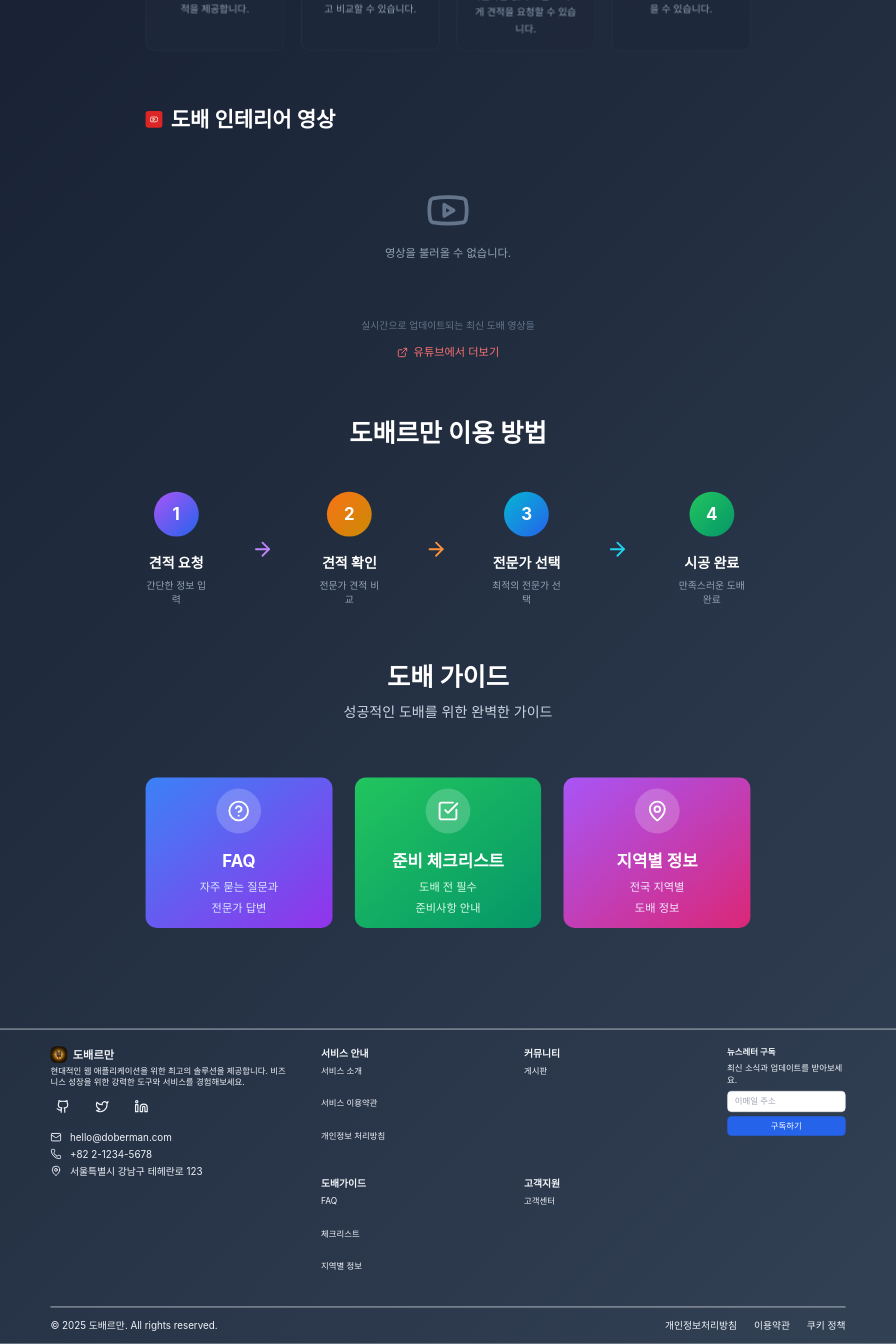
Repository: rambozzang/doberman_nextjs
Page: /
The author's editor kept a copy of each file at every save. The page is drawn from the files as they stood at one save, then again after the next save.
The browser window is 1280 px wide. The pictures show the part of the page from y = 1531 to 3451 px (the page is 3451 px tall before and 3443 px after), at 70% of full size.
The page's requests for data from a server got no answer. The project was rebuilt for these pictures with package versions that can differ from the ones it lists, and the page was loaded fresh each time. The framework's server and built-in components were replaced by stand-ins that run in the browser. No one was signed in, and anything a server would have sent is missing. Also part of the build but not shown: next.config.mjs, next.config.ts, src/components/AutoLogoutWarning.tsx, src/components/ForgotPasswordModal.tsx, src/components/LoginModal.tsx, src/components/RegisterModal.tsx.

Above is the page before, as saved 2025-06-28 01:27:00.

### src/components/Footer.tsx
"use client";

import React, { useState } from "react";
import Link from "next/link";
import { motion, AnimatePresence } from "framer-motion";
import { Github, Twitter, Linkedin, Mail, Phone, MapPin, ChevronDown } from "lucide-react";

import Image from "next/image";

interface FooterLink {
  title: string;
  href: string;
}

interface FooterSection {
  title: string;
  links: FooterLink[];
}

interface SocialLink {
  name: string;
  href: string;
  icon: React.ReactNode;
}

interface FooterProps {
  logo?: string;
  description?: string;
  sections?: FooterSection[];
  socialLinks?: SocialLink[];
  contactInfo?: {
    email?: string;
    phone?: string;
    address?: string;
  };
  showNewsletter?: boolean;
}

const defaultSections: FooterSection[] = [
  {
    title: "서비스 안내",
    links: [
      { title: "서비스 소개", href: "/service-intro" },
      { title: "서비스 이용약관", href: "/terms-of-service" },
      { title: "개인정보 처리방침", href: "/privacy-policy" },
    ],
  },
  {
    title: "커뮤니티",
    links: [{ title: "게시판", href: "/board" }],
  },
  {
    title: "도배가이드",
    links: [
      { title: "FAQ", href: "/faq" },
      { title: "체크리스트", href: "/checklist" },
      { title: "지역별 정보", href: "/regional-guide" },
    ],
  },
  {
    title: "고객지원",
    links: [{ title: "고객센터", href: "/customer-support" }],
  },
];

const defaultSocialLinks: SocialLink[] = [
  {
    name: "GitHub",
    href: "https://github.com",
    icon: <Github className="w-5 h-5" />,
  },
  {
    name: "Twitter",
    href: "https://twitter.com",
    icon: <Twitter className="w-5 h-5" />,
  },
  {
    name: "LinkedIn",
    href: "https://linkedin.com",
    icon: <Linkedin className="w-5 h-5" />,
  },
];

const Footer: React.FC<FooterProps> = ({
  logo = "도배르만",
  description = "현대적인 웹 애플리케이션을 위한 최고의 솔루션을 제공합니다. 비즈니스 성장을 위한 강력한 도구와 서비스를 경험해보세요.",
  sections = defaultSections,
  socialLinks = defaultSocialLinks,
  contactInfo = {
    email: "hello@doberman.com",
    phone: "+82 2-1234-5678",
    address: "서울특별시 강남구 테헤란로 123",
  },
  showNewsletter = true,
}) => {
  // 모바일 아코디언 상태 관리
  const [expandedSections, setExpandedSections] = useState<Record<string, boolean>>({});

  // 아코디언 토글 함수
  const toggleSection = (sectionTitle: string) => {
    setExpandedSections(prev => ({
      ...prev,
      [sectionTitle]: !prev[sectionTitle]
    }));
  };

  const handleNewsletterSubmit = (e: React.FormEvent) => {
    e.preventDefault();
    // 뉴스레터 구독 로직
    console.log("뉴스레터 구독");
  };

  return (
    <footer className="bg-background border-t border-border">
      <div className="container mx-auto px-4 sm:px-6 lg:px-8">
        {/* Main Footer Content */}
        <div className="py-4 sm:py-6 lg:py-6">
          <div className="grid grid-cols-1 md:grid-cols-2 lg:grid-cols-12 gap-3 sm:gap-4 lg:gap-6">
            {/* Company Info */}
            <div className="md:col-span-2 lg:col-span-4 space-y-2 sm:space-y-3 lg:space-y-2">
              <motion.div
                initial={{ opacity: 0, y: 20 }}
                whileInView={{ opacity: 1, y: 0 }}
                transition={{ duration: 0.5 }}
                viewport={{ once: true }}
              >
                <Link href="/" className="flex items-center space-x-2 mb-1 sm:mb-2 lg:mb-1">
                  <Image src="/logo.png" alt="logo" width={20} height={20} className="sm:w-6 sm:h-6 lg:w-6 lg:h-6" />
                  <span className="text-sm sm:text-base lg:text-base font-bold text-foreground">{logo}</span>
                </Link>
                <p className="text-muted-foreground text-xs sm:text-sm lg:text-xs leading-snug pr-4 line-clamp-2">
                  {description}
                </p>
              </motion.div>

              {/* Social Links */}
              <motion.div
                initial={{ opacity: 0, y: 20 }}
                whileInView={{ opacity: 1, y: 0 }}
                transition={{ duration: 0.5, delay: 0.1 }}
                viewport={{ once: true }}
                className="flex space-x-2 sm:space-x-3 lg:space-x-3"
              >
                {socialLinks.map((social) => (
                  <motion.a
                    key={social.name}
                    href={social.href}
                    target="_blank"
                    rel="noopener noreferrer"
                    whileHover={{ scale: 1.1 }}
                    whileTap={{ scale: 0.95 }}
                    className="p-1.5 sm:p-2 lg:p-2 rounded-lg bg-accent/50 text-muted-foreground hover:text-foreground hover:bg-accent transition-colors touch-target"
                    aria-label={social.name}
                  >
                    <div className="w-4 h-4 sm:w-4 sm:h-4 lg:w-4 lg:h-4">
                      {social.icon}
                    </div>
                  </motion.a>
                ))}
              </motion.div>

              {/* Contact Info */}
              {contactInfo && (
                <motion.div
                  initial={{ opacity: 0, y: 20 }}
                  whileInView={{ opacity: 1, y: 0 }}
                  transition={{ duration: 0.5, delay: 0.2 }}
                  viewport={{ once: true }}
                  className="space-y-1 sm:space-y-1.5 lg:space-y-1"
                >
                  {contactInfo.email && (
                    <div className="flex items-center space-x-2 sm:space-x-3 text-xs sm:text-sm text-muted-foreground">
                      <Mail className="w-3 h-3 sm:w-4 sm:h-4 flex-shrink-0" />
                      <span className="break-all">{contactInfo.email}</span>
                    </div>
                  )}
                  {contactInfo.phone && (
                    <div className="flex items-center space-x-2 sm:space-x-3 text-xs sm:text-sm text-muted-foreground">
                      <Phone className="w-3 h-3 sm:w-4 sm:h-4 flex-shrink-0" />
                      <span>{contactInfo.phone}</span>
                    </div>
                  )}
                  {contactInfo.address && (
                    <div className="flex items-start space-x-2 sm:space-x-3 text-xs sm:text-sm text-muted-foreground">
                      <MapPin className="w-3 h-3 sm:w-4 sm:h-4 flex-shrink-0 mt-0.5" />
                      <span className="leading-relaxed">{contactInfo.address}</span>
                    </div>
                  )}
                </motion.div>
              )}
            </div>

            {/* Footer Links */}
            <div className="md:col-span-2 lg:col-span-6">
              {/* 데스크톱 버전 - 기존 그리드 */}
              <div className="hidden md:grid grid-cols-2 gap-3 sm:gap-4 lg:gap-6">
                {sections.map((section, index) => (
                  <motion.div
                    key={section.title}
                    initial={{ opacity: 0, y: 20 }}
                    whileInView={{ opacity: 1, y: 0 }}
                    transition={{ duration: 0.5, delay: index * 0.1 }}
                    viewport={{ once: true }}
                    className="space-y-1.5 sm:space-y-2 lg:space-y-1.5"
                  >
                    <h3 className="text-xs sm:text-sm lg:text-sm font-semibold text-foreground">
                      {section.title}
                    </h3>
                    <ul className="space-y-0.5 sm:space-y-1 lg:space-y-0.5">
                      {section.links.map((link) => (
                        <li key={link.title}>
                          <Link
                            href={link.href}
                            className="text-xs sm:text-sm lg:text-xs text-muted-foreground hover:text-foreground transition-colors block py-0.5 lg:py-0.5 touch-target"
                          >
                            {link.title}
                          </Link>
                        </li>
                      ))}
                    </ul>
                  </motion.div>
                ))}
              </div>

              {/* 모바일 버전 - 아코디언 */}
              <div className="md:hidden space-y-2">
                {sections.map((section, index) => (
                  <motion.div
                    key={section.title}
                    initial={{ opacity: 0, y: 20 }}
                    whileInView={{ opacity: 1, y: 0 }}
                    transition={{ duration: 0.5, delay: index * 0.1 }}
                    viewport={{ once: true }}
                    className="border border-slate-700/30 rounded-lg bg-slate-800/20 overflow-hidden"
                  >
                    {/* 아코디언 헤더 */}
                    <button
                      onClick={() => toggleSection(section.title)}
                      className="w-full flex items-center justify-between p-4 text-left hover:bg-slate-700/20 transition-colors touch-target"
                    >
                      <h3 className="text-sm font-semibold text-foreground">
                        {section.title}
                      </h3>
                      <motion.div
                        animate={{ rotate: expandedSections[section.title] ? 180 : 0 }}
                        transition={{ duration: 0.2 }}
                      >
                        <ChevronDown className="w-4 h-4 text-muted-foreground" />
                      </motion.div>
                    </button>

                    {/* 아코디언 컨텐츠 */}
                    <AnimatePresence>
                      {expandedSections[section.title] && (
                        <motion.div
                          initial={{ height: 0, opacity: 0 }}
                          animate={{ height: "auto", opacity: 1 }}
                          exit={{ height: 0, opacity: 0 }}
                          transition={{ duration: 0.3, ease: "easeInOut" }}
                          className="overflow-hidden"
                        >
                          <div className="px-4 pb-4 border-t border-slate-700/30">
                            <ul className="space-y-2 pt-3">
                              {section.links.map((link) => (
                                <motion.li
                                  key={link.title}
                                  initial={{ opacity: 0, x: -10 }}
                                  animate={{ opacity: 1, x: 0 }}
                                  transition={{ duration: 0.2 }}
                                >
                                  <Link
                                    href={link.href}
                                    className="text-sm text-muted-foreground hover:text-foreground transition-colors block py-2 px-2 rounded hover:bg-slate-700/20 touch-target"
                                  >
                                    {link.title}
                                  </Link>
                                </motion.li>
                              ))}
                            </ul>
                          </div>
                        </motion.div>
                      )}
                    </AnimatePresence>
                  </motion.div>
                ))}
              </div>
            </div>

            {/* Newsletter */}
            {showNewsletter && (
              <div className="md:col-span-2 lg:col-span-2">
                <motion.div
                  initial={{ opacity: 0, y: 20 }}
                  whileInView={{ opacity: 1, y: 0 }}
                  transition={{ duration: 0.5, delay: 0.3 }}
                  viewport={{ once: true }}
                  className="space-y-2 lg:space-y-2"
                >
                  <h3 className="text-xs sm:text-sm lg:text-xs font-semibold text-foreground">
                    뉴스레터 구독
                  </h3>
                  <p className="text-xs sm:text-sm lg:text-xs text-muted-foreground">
                    최신 소식과 업데이트를 받아보세요.
                  </p>
                  <form onSubmit={handleNewsletterSubmit} className="space-y-1.5 lg:space-y-1.5">
                    <input
                      type="email"
                      placeholder="이메일 주소"
                      className="w-full px-2 py-1 lg:px-2.5 lg:py-1.5 text-xs lg:text-xs bg-background border border-border rounded-md focus:outline-none focus:ring-2 focus:ring-primary focus:border-transparent"
                      required
                    />
                    <button
                      type="submit"
                      className="w-full px-2 py-1 lg:px-2.5 lg:py-1.5 text-xs lg:text-xs bg-blue-600 text-white rounded-md hover:bg-blue-700 transition-colors"
                    >
                      구독하기
                    </button>
                  </form>
                </motion.div>
              </div>
            )}
          </div>
        </div>

        {/* Bottom Bar */}
        <motion.div
          initial={{ opacity: 0 }}
          whileInView={{ opacity: 1 }}
          transition={{ duration: 0.5, delay: 0.4 }}
          viewport={{ once: true }}
          className="py-4 lg:py-4 border-t border-border"
        >
          <div className="flex flex-col md:flex-row justify-between items-center space-y-2 md:space-y-0">
            <div className="text-xs sm:text-sm lg:text-sm text-muted-foreground">
              © {new Date().getFullYear()} {logo}. All rights reserved.
            </div>
            <div className="flex space-x-4 lg:space-x-6">
              <Link
                href="/privacy"
                className="text-xs sm:text-sm lg:text-sm text-muted-foreground hover:text-foreground transition-colors"
              >
                개인정보처리방침
              </Link>
              <Link
                href="/terms"
                className="text-xs sm:text-sm lg:text-sm text-muted-foreground hover:text-foreground transition-colors"
              >
                이용약관
              </Link>
              <Link
                href="/cookies"
                className="text-xs sm:text-sm lg:text-sm text-muted-foreground hover:text-foreground transition-colors"
              >
                쿠키 정책
              </Link>
            </div>
          </div>
        </motion.div>
      </div>
    </footer>
  );
};

export default Footer;

Loaded but not shown: tailwind.config.js (145 lines, source omitted); src/app/page.tsx (898 lines, source omitted); src/components/Header.tsx (549 lines, source omitted); src/app/globals.css (891 lines, source omitted); src/lib/api.ts (171 lines, source omitted); src/services/authService.ts (116 lines, source omitted); src/hooks/useAutoLogout.ts (132 lines, source omitted); src/lib/auth.ts (101 lines, source omitted); src/hooks/useAuth.ts (100 lines, source omitted); src/store/useStore.ts (38 lines, source omitted); src/components/AdSense.tsx (41 lines, source omitted); src/providers/GlobalProvider.tsx (31 lines, source omitted); src/providers/QueryProvider.tsx (25 lines, source omitted); src/services/youtubeService.ts (9 lines, source omitted); src/app/layout.tsx (264 lines, source omitted)

After the next save:
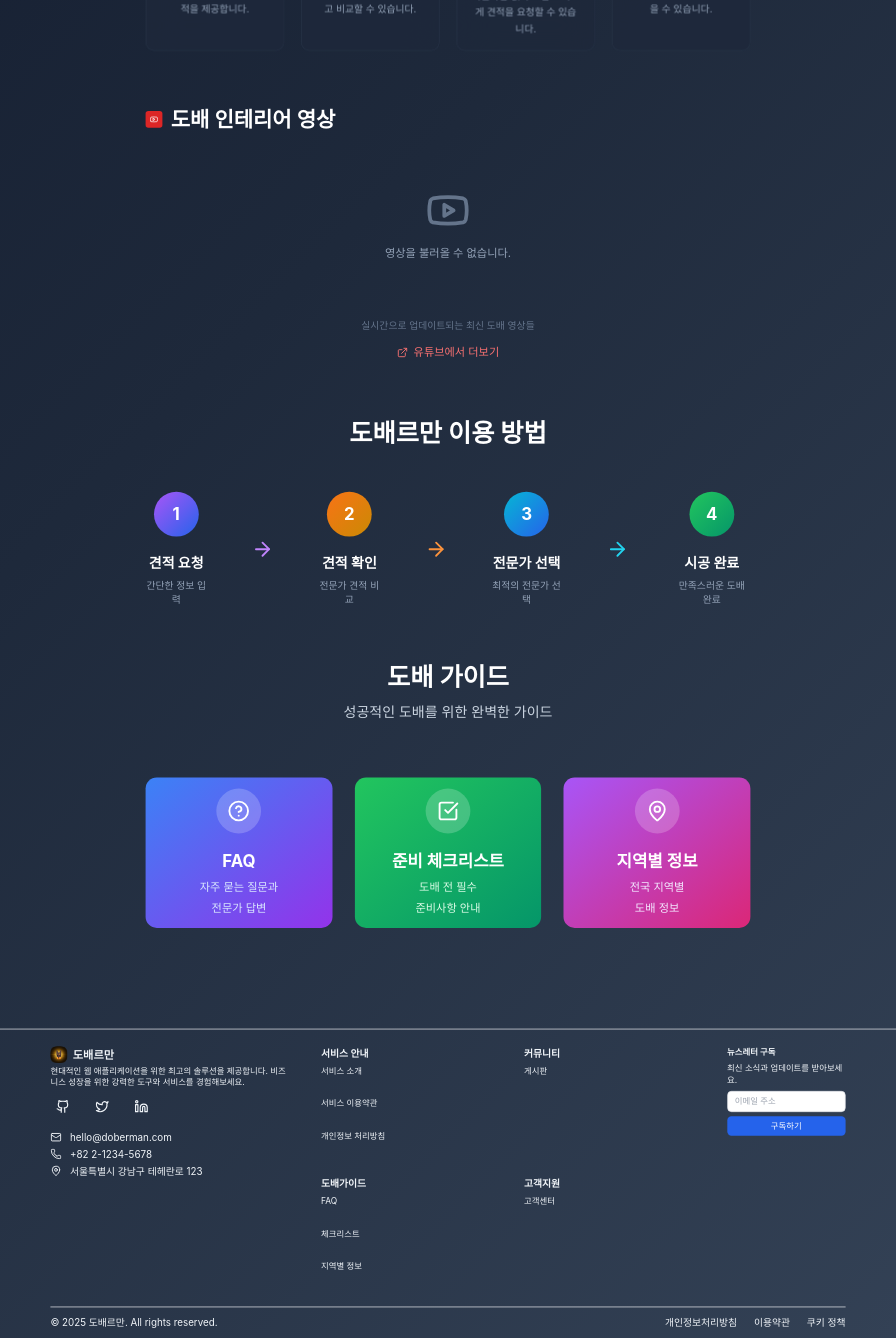
Saved 7 s later.
--- a/src/components/Footer.tsx
+++ b/src/components/Footer.tsx
@@ -328,7 +328,7 @@ const Footer: React.FC<FooterProps> = ({
           whileInView={{ opacity: 1 }}
           transition={{ duration: 0.5, delay: 0.4 }}
           viewport={{ once: true }}
-          className="py-4 lg:py-4 border-t border-border"
+          className="py-3 lg:py-3 border-t border-border"
         >
           <div className="flex flex-col md:flex-row justify-between items-center space-y-2 md:space-y-0">
             <div className="text-xs sm:text-sm lg:text-sm text-muted-foreground">
